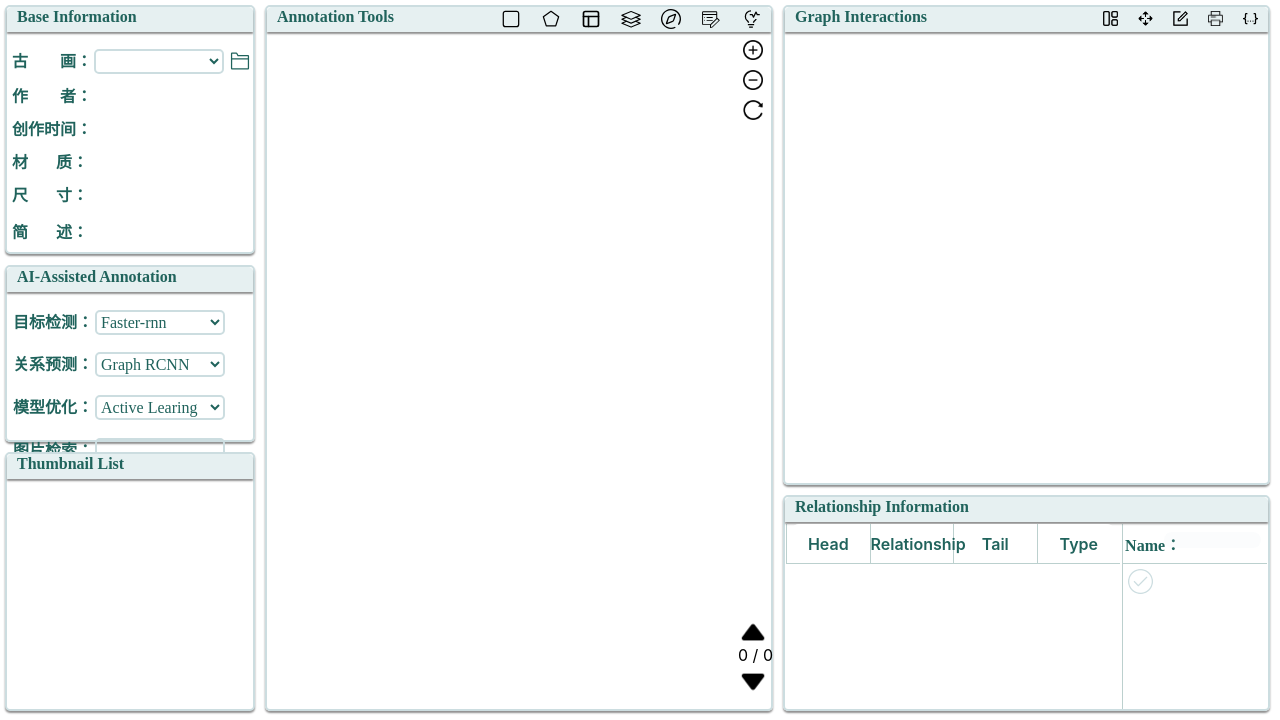
Repository: cailbh/ImageLabelTool
Page: /
An editor plug-in stored every save of this project. The page is shown before and after the next save, followed by the edit.
The browser window is 1280 px wide. The pictures show the whole page.
The project was rebuilt for these pictures with package versions that can differ from the ones it lists, and the page was loaded fresh each time.

Above is the page before, as saved 2022-11-15 10:20:54.

After the next save:
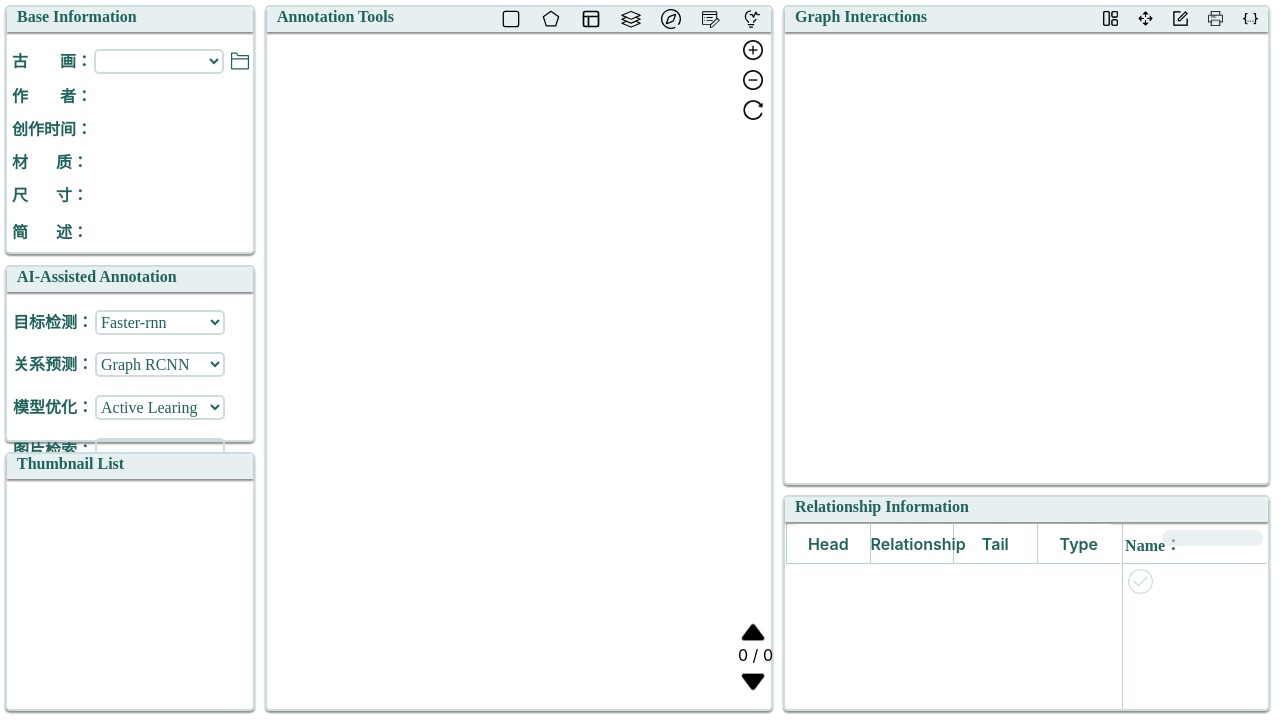
Saved 101 s later.
--- a/src/component/AttributeInput/index.css
+++ b/src/component/AttributeInput/index.css
@@ -115,9 +115,9 @@
     height: 100%;
 }
 .attrValue{
-    margin: 2px;
-    height: calc(100% - 4px);
-    width: calc(70% - 4px);
+    /* margin: 2px; */
+    height: calc(100% - 0px);
+    width: calc(70% - 0px);
     float: left;
 }
 
@@ -129,7 +129,7 @@
     color: rgb(32,99,92);
 
 
-    background: rgba(210,225,230,0.1);
+    background: rgba(210,225,230,0.5);
     outline: none;
     border: #000;
     border: 0px solid rgb(204,221,224);
